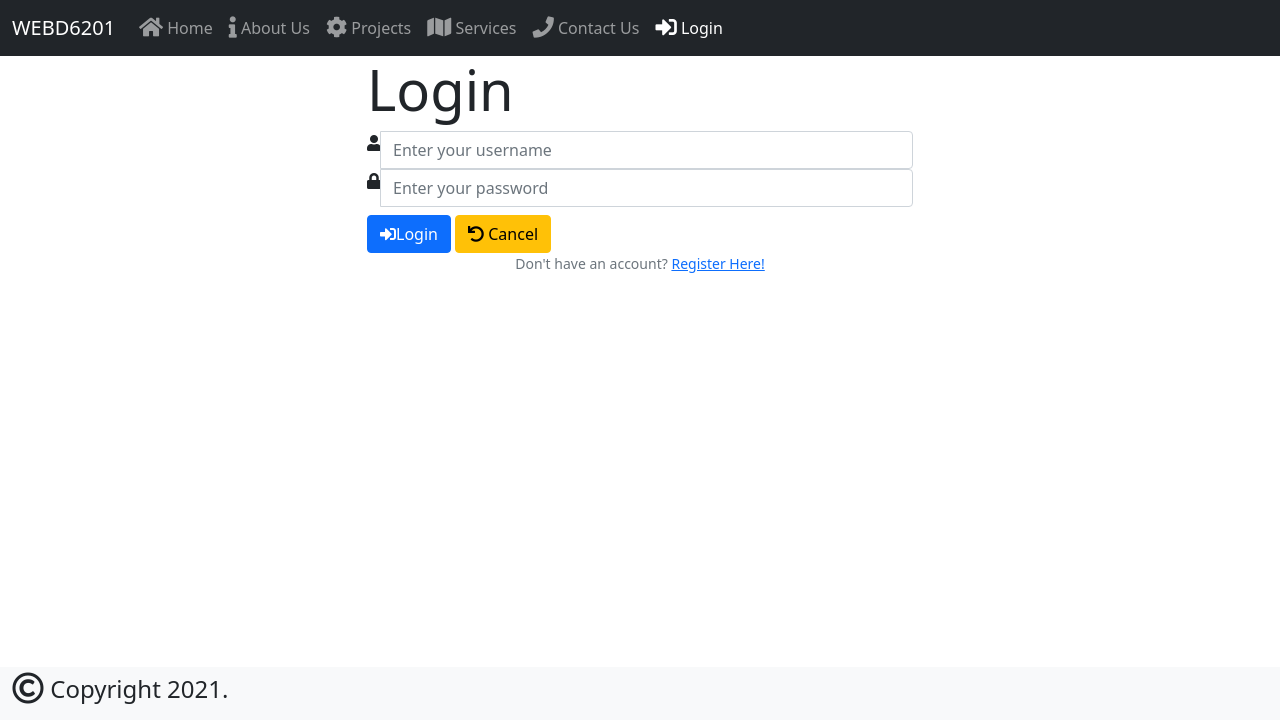
Repository: aphim/webd6201ICE6
Page: login.html
The author's editor kept a copy of each file at every save. The page is drawn from the files as they stood at one save, then again after the next save.
The browser window is 1280 px wide. The pictures show the whole page.

Above is the page before, as saved 2021-02-18 09:56:11.

After the next save:
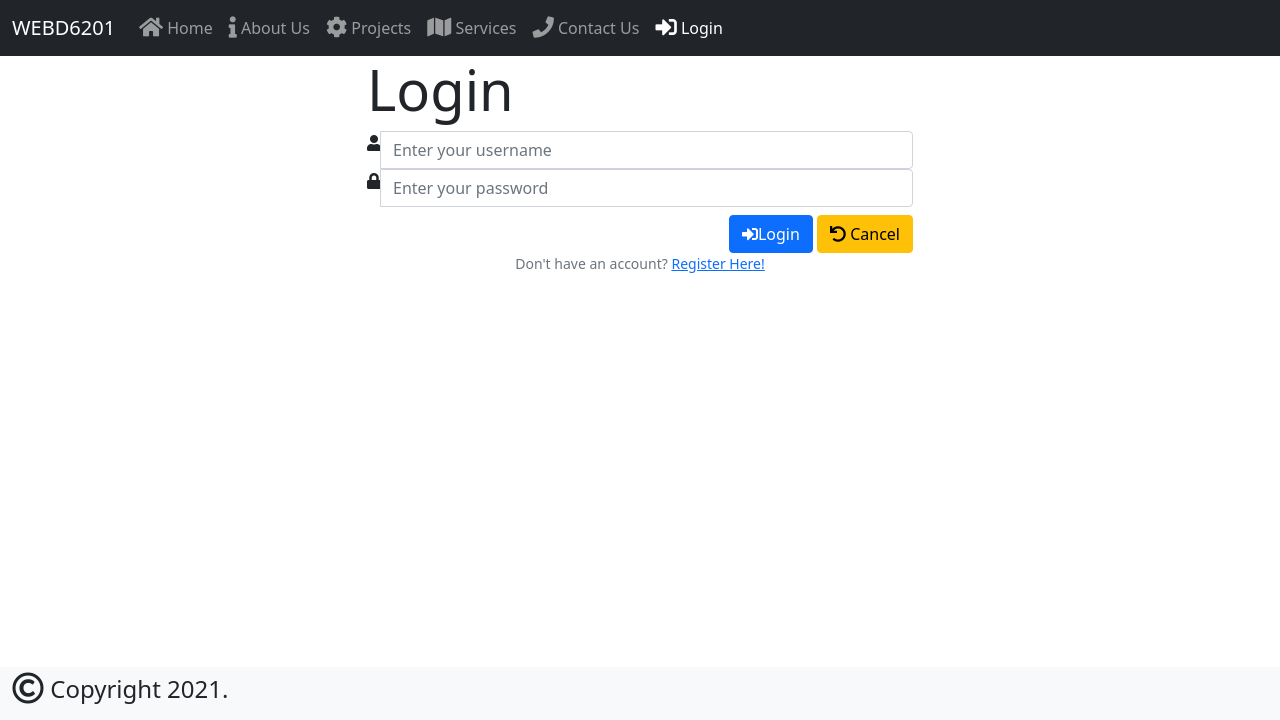
Saved 11 min 38 s later.
--- a/login.html
+++ b/login.html
@@ -84,7 +84,7 @@
                         </div>
 
                       </div>
-                      <div class="text-right">
+                      <div class="text-end">
                         <button id="loginButton" type="button" class="btn btn-primary"><i class="fas fa-sign-in-alt"></i>Login</button>
                         <button id="cancelButton" type="button" class="btn btn-warning"><i class="fas fa-undo"></i> Cancel</button>
                       </div>
